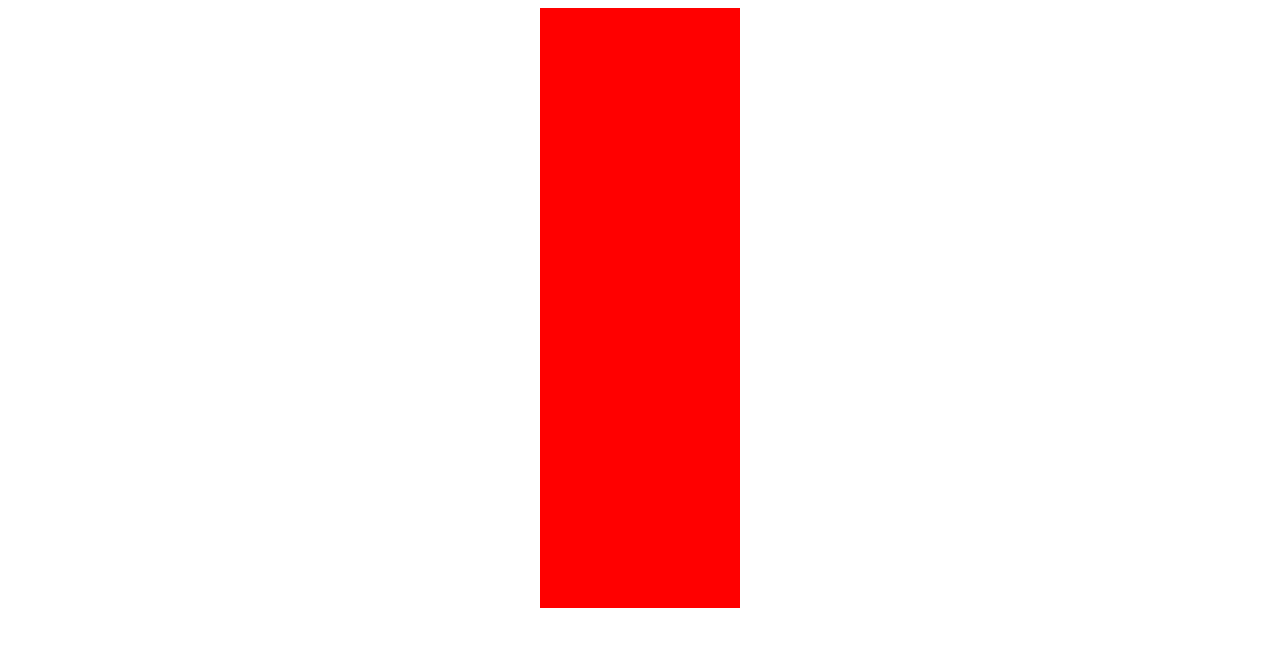
Repository: wonjunknag/kakao-clone
Page: 05-flex/index.html
The author's editor kept a copy of each file at every save. The page is drawn from the files as they stood at one save, then again after the next save.
The browser window is 1280 px wide. The pictures show the whole page.

Above is the page before, as saved 2020-07-05 07:35:08.

After the next save:
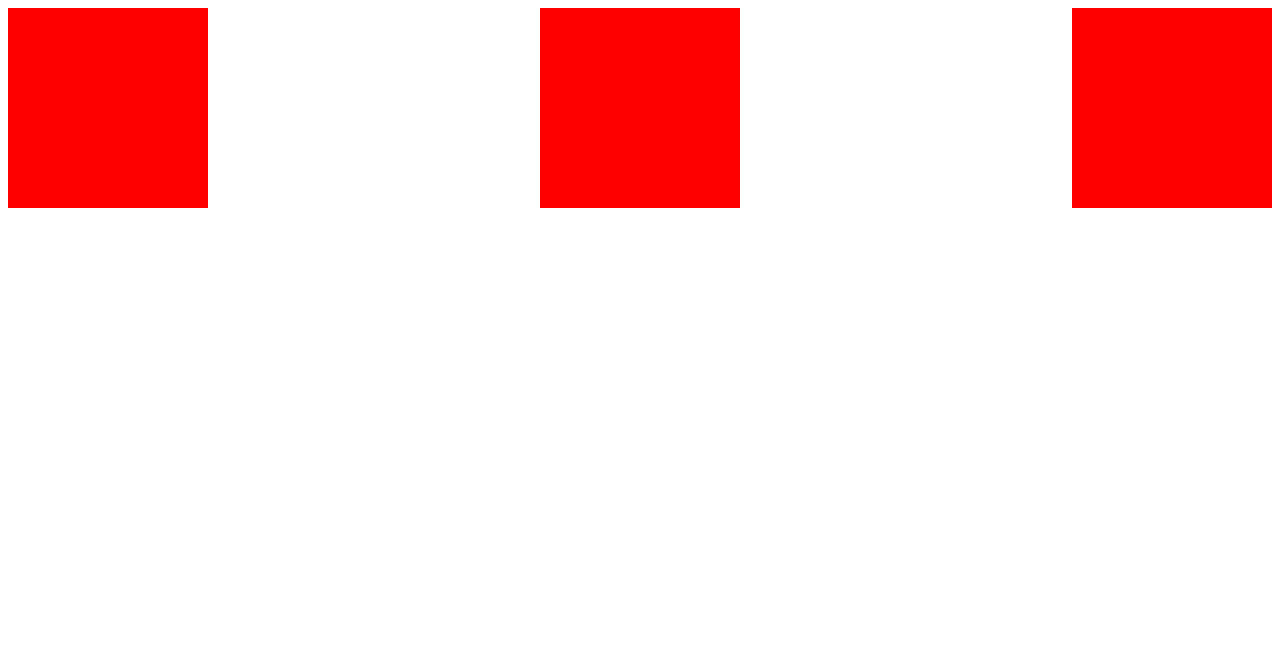
Saved 2 min 15 s later.
--- a/05-flex/index.html
+++ b/05-flex/index.html
@@ -8,10 +8,10 @@
     <style>
       .father {
         display: flex;
-        justify-content: center;
-        align-items: center;
+        justify-content: space-between;
+        align-items: flex-end;
         height: 100%;
-        flex-direction: column;
+        flex-direction: row;
       }
       .box {
         width: 200px;
